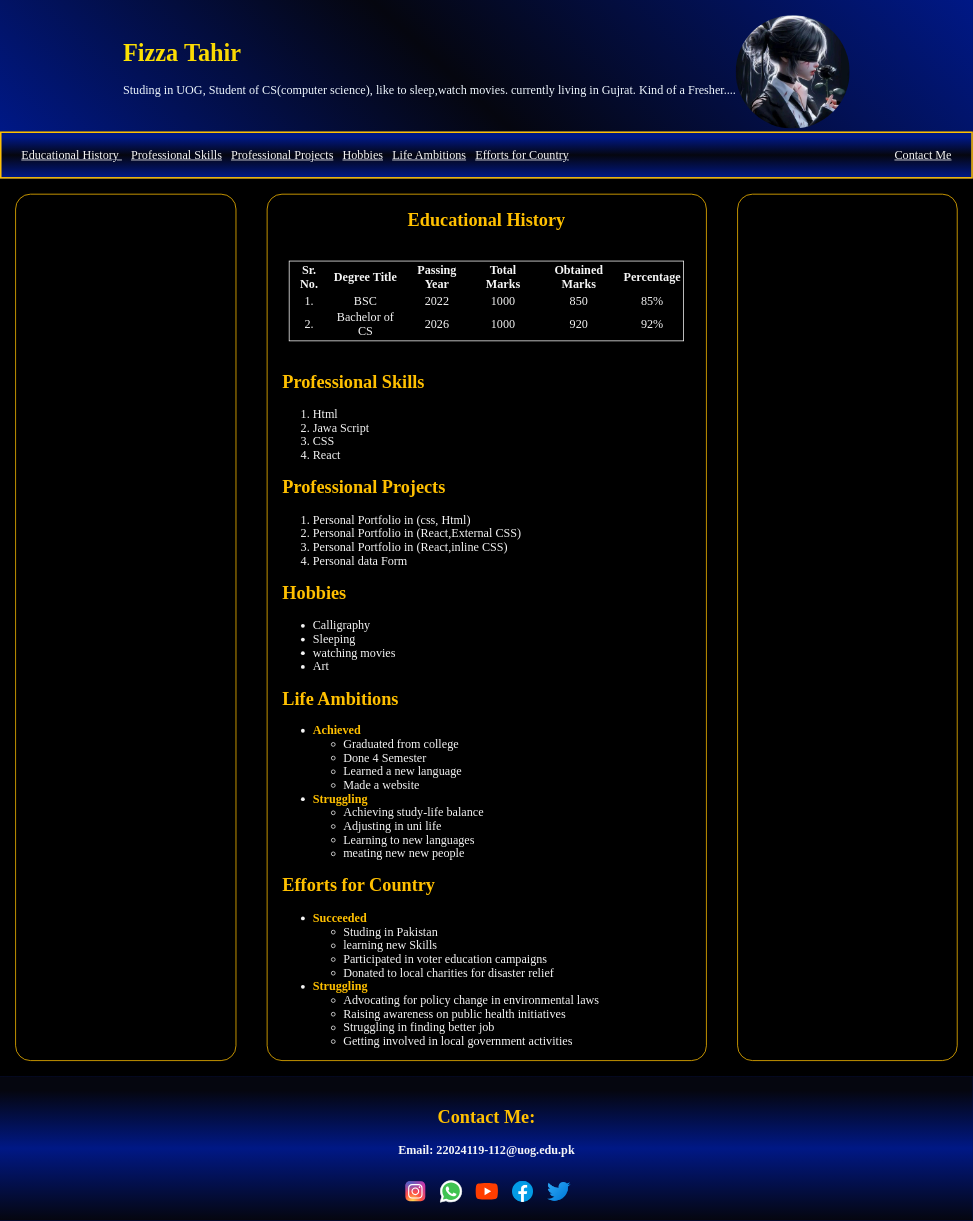
Repository: Fizza-112/project
Page: /
These files come from the project's save history. The page is drawn as it stood at one moment and after a run of saves; the edit follows.
The browser window is 1280 px wide. The pictures show the whole page, at 76% of full size.
The project was rebuilt for these pictures with package versions that can differ from the ones it lists, and the page was loaded fresh each time. Also part of the build but not shown: vite.config.ts.

Above is the page before, as saved 2024-09-18 12:07:04.

After the next 2 saves:
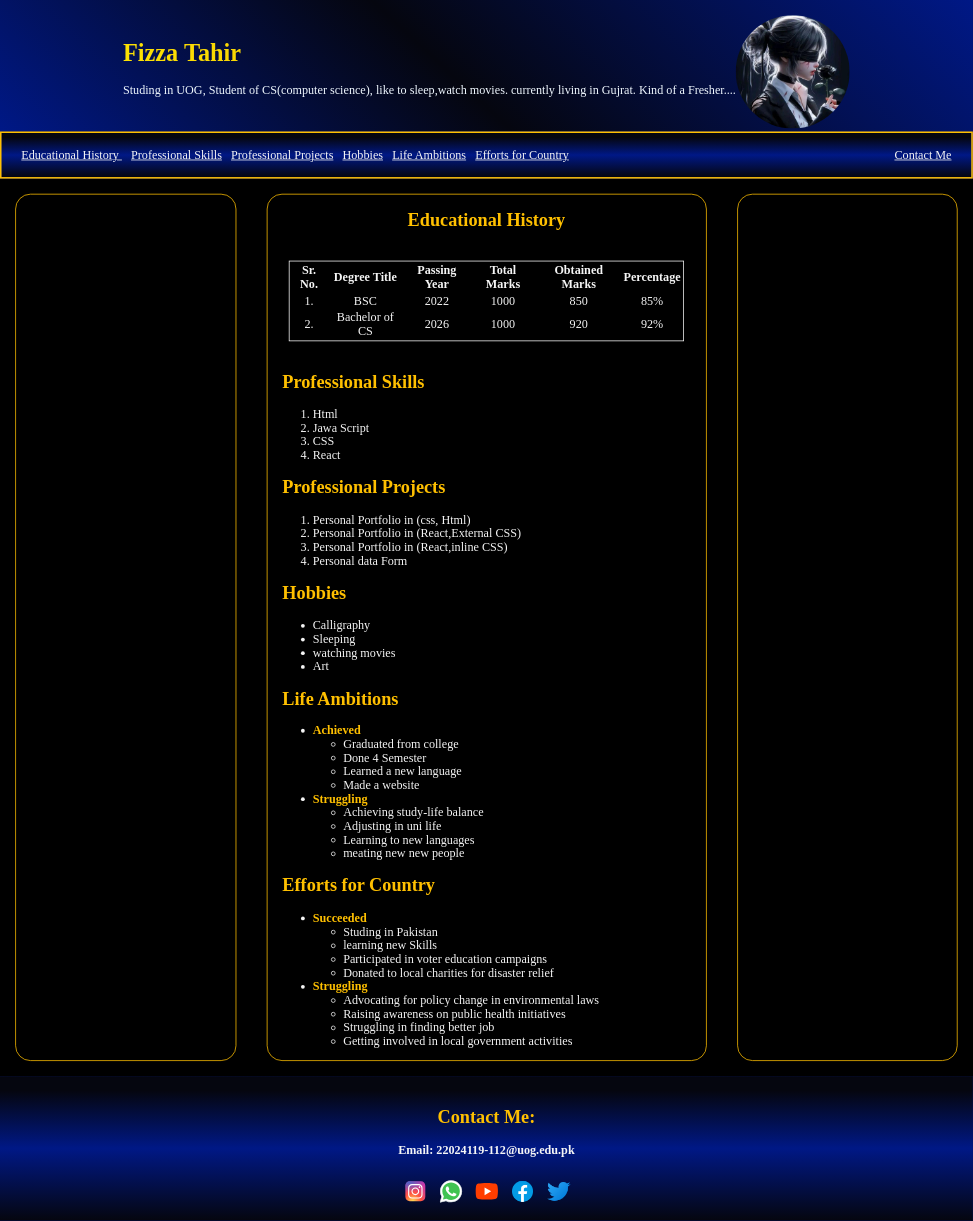
The 2 saves are shown as one change because they came seconds apart.
The last was saved 44 s later.
--- a/src/App.css
+++ b/src/App.css
@@ -45,7 +45,8 @@ background-image: linear-gradient(43deg, #001886 0%, #05060f 46%, #001886  100%)
   justify-content: space-between;
    padding: 20px;
    background-color:  #001886;
-   background-image: linear-gradient(180deg, #001886 10%, #05060f 50%, #001886  100%);
+   background-image: linear-gradient(180deg, #05060f 10%,#001886   50%, #05060f 100%);
+   /* background-image: linear-gradient(180deg, #001886 10%, #05060f 50%, #001886  100%); */
    /* background-color: #001886;
    background-image: linear-gradient(43deg, #001886 0%, #05060f 46%, #001886  100%);  */
 
